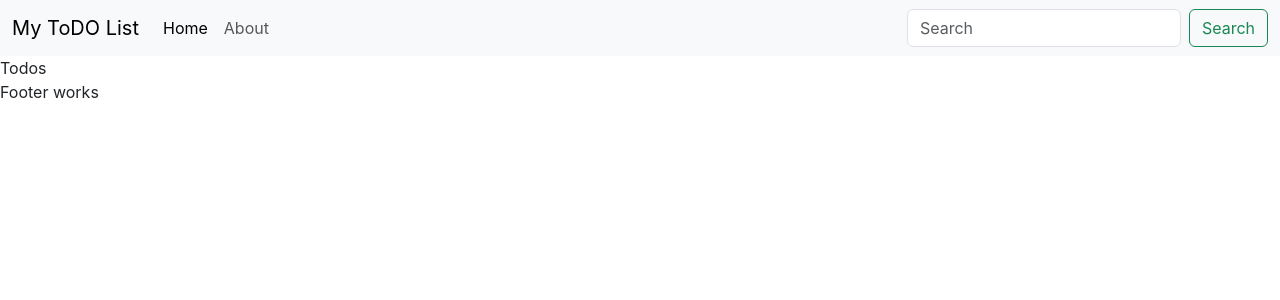
Repository: AshwinUgale/ToDoList
Page: /
The author's editor kept a copy of each file at every save. The page is drawn from the files as they stood at one save, then again after a run of saves.
The browser window is 1280 px wide. The pictures show the whole page.
The project was rebuilt for these pictures with package versions that can differ from the ones it lists, and the page was loaded fresh each time. Also part of the build but not shown: src/App.css.

Above is the page before, as saved 2024-12-20 21:18:03.

### public/index.html
<!DOCTYPE html>
<html lang="en">
  <head>
    <meta charset="utf-8" />
    <link rel="icon" href="%PUBLIC_URL%/favicon.ico" />
    <meta name="viewport" content="width=device-width, initial-scale=1" />
    <meta name="theme-color" content="#000000" />
    <meta
      name="description"
      content="Web site created using create-react-app"
    />
    <link rel="apple-touch-icon" href="%PUBLIC_URL%/logo192.png" />

    <link rel="manifest" href="%PUBLIC_URL%/manifest.json" />
    <link href="https://cdn.jsdelivr.net/npm/bootstrap@5.3.3/dist/css/bootstrap.min.css" rel="stylesheet" integrity="sha384-QWTKZyjpPEjISv5WaRU9OFeRpok6YctnYmDr5pNlyT2bRjXh0JMhjY6hW+ALEwIH" crossorigin="anonymous">
    <title>Todos List</title>
  </head>
  <body>
    <noscript>You need to enable JavaScript to run this app.</noscript>
    <div id="root"></div>


  </body>
  <script src="https://cdn.jsdelivr.net/npm/bootstrap@5.3.3/dist/js/bootstrap.bundle.min.js" integrity="sha384-YvpcrYf0tY3lHB60NNkmXc5s9fDVZLESaAA55NDzOxhy9GkcIdslK1eN7N6jIeHz" crossorigin="anonymous"></script>
</html>

### src/App.js
import logo from './logo.svg';
import './App.css';
import Header from './MyComponents/Header';
import {Footer} from "./MyComponents/Footer";
import {Todos} from "./MyComponents/Todos";

function App() {
  return (
    <>
    <Header title="My ToDO List" SearchBar={false}/>
    <Todos/>
    <Footer/>
    </>
  );
}

export default App;

### src/MyComponents/Header.js
import React from 'react'

export default function Header(Props) {
  return (
    <nav className="navbar navbar-expand-lg bg-body-tertiary">
      <div className="container-fluid">
        <a className="navbar-brand" href="#">{Props.title}</a>
        <button
          className="navbar-toggler"
          type="button"
          data-bs-toggle="collapse"
          data-bs-target="#navbarSupportedContent"
          aria-controls="navbarSupportedContent"
          aria-expanded="false"
          aria-label="Toggle navigation"
        >
          <span className="navbar-toggler-icon"></span>
        </button>
        <div className="collapse navbar-collapse" id="navbarSupportedContent">
          <ul className="navbar-nav me-auto mb-2 mb-lg-0">
            <li className="nav-item">
              <a className="nav-link active" aria-current="page" href="#">Home</a>
            </li>
            <li className="nav-item">
              <a className="nav-link" href="#">About</a>
            </li>

          </ul>
          <form className="d-flex" role="search">
            <input
              className="form-control me-2"
              type="search"
              placeholder="Search"
              aria-label="Search"
            />
            <button className="btn btn-outline-success" type="submit">
              Search
            </button>
          </form>
        </div>
      </div>
    </nav>
  )
}

### src/MyComponents/Footer.js
import React from 'react'

export const Footer = () => {
  return (
    <div>
        Footer works
    </div>
  )
}

### src/MyComponents/Todos.js
import React from 'react'

export const Todos = () => {
  return (
    <div>
        Todos
    </div>
  )
}

Loaded but not shown: src/index.js (common file); src/index.css (common file); src/reportWebVitals.js (common file)

After the next 2 saves:
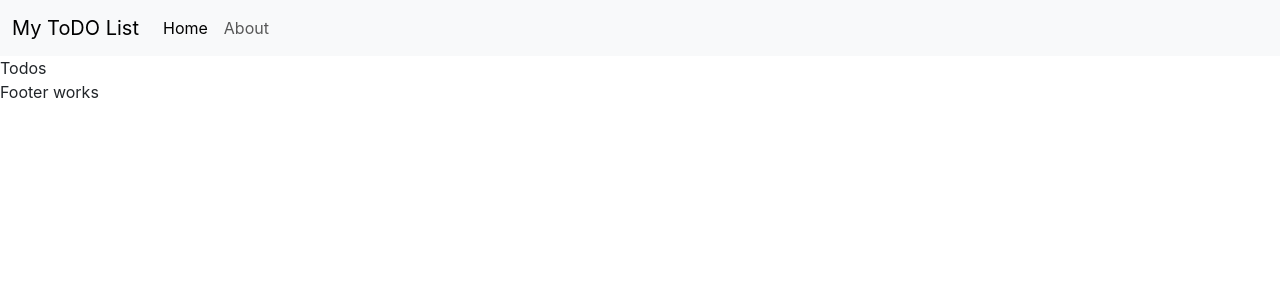
The 2 saves are shown as one change because 1 did not build or start.
The last was saved 71 s later.
--- a/src/MyComponents/Header.js
+++ b/src/MyComponents/Header.js
@@ -26,7 +26,7 @@ export default function Header(Props) {
             </li>
 
           </ul>
-          <form className="d-flex" role="search">
+          {Props.searchBar?<form className="d-flex" role="search">
             <input
               className="form-control me-2"
               type="search"
@@ -36,7 +36,7 @@ export default function Header(Props) {
             <button className="btn btn-outline-success" type="submit">
               Search
             </button>
-          </form>
+          </form>:""}
         </div>
       </div>
     </nav>
